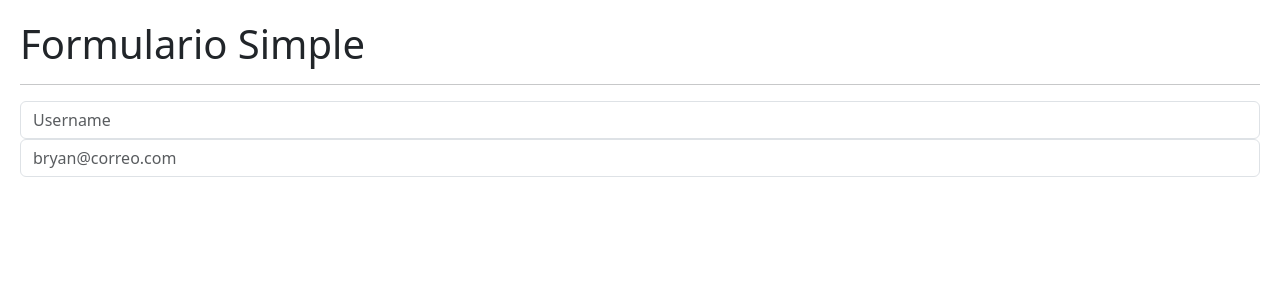
Repository: bryanesteban/hooks-App
Page: /
These files come from the project's save history. The page is drawn as it stood at one moment and after the next save; the edit follows.
The browser window is 1280 px wide. The pictures show the whole page.
The project was rebuilt for these pictures with package versions that can differ from the ones it lists, and the page was loaded fresh each time. Also part of the build but not shown: vite.config.js, src/HooksApp.jsx, src/01-useState/CounterApp.jsx, src/01-useState/useCounter.jsx, src/01-useState/CounterWithCustomHook.jsx.

Above is the page before, as saved 2024-06-26 15:45:21.

After the next save:
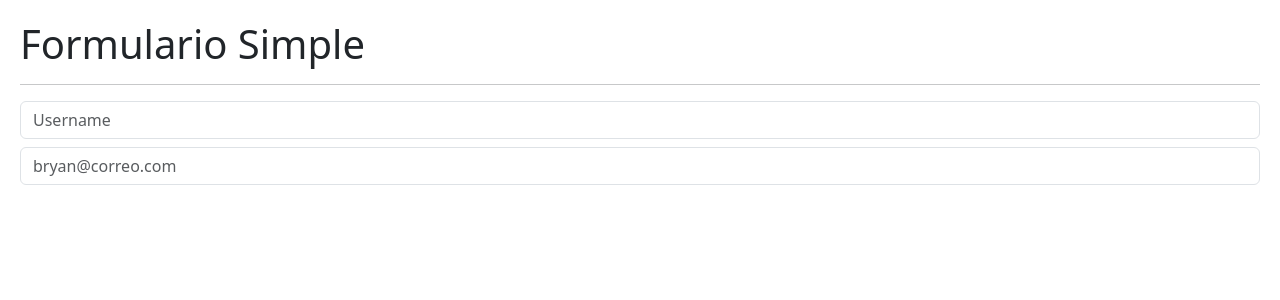
Saved 10 s later.
--- a/src/02-useEffect/SimpleForm.jsx
+++ b/src/02-useEffect/SimpleForm.jsx
@@ -16,10 +16,10 @@
             name="username"
 
         />
-            <b></b>
+
         <input
             type="email"
-            className="form-control"
+            className="form-control mt-2"
             placeholder="bryan@correo.com"
             name="email"
 
